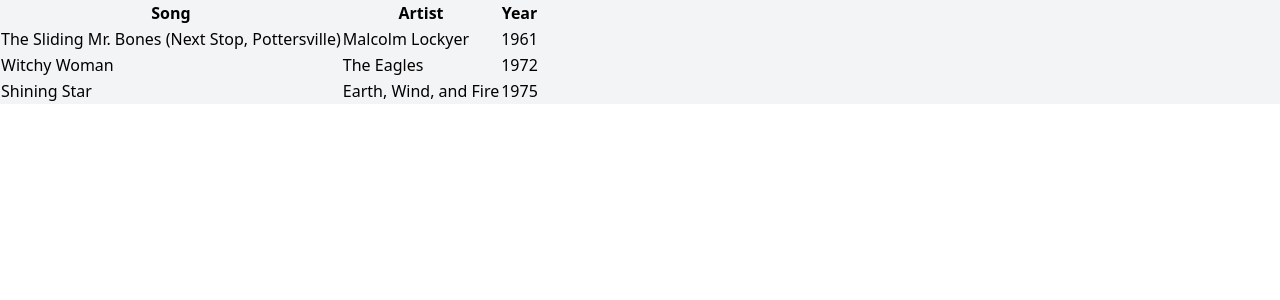
Repository: Semanmernstack/next-13-prisma-crud
Page: /
An editor plug-in stored every save of this project. The page is shown before and after the next save, followed by the edit.
The browser window is 1280 px wide. The pictures show the whole page.
The project was rebuilt for these pictures with package versions that can differ from the ones it lists, and the page was loaded fresh each time. The framework's server and built-in components were replaced by stand-ins that run in the browser. Also part of the build but not shown: next.config.js.

Above is the page before, as saved 2023-05-31 06:45:37.

After the next save:
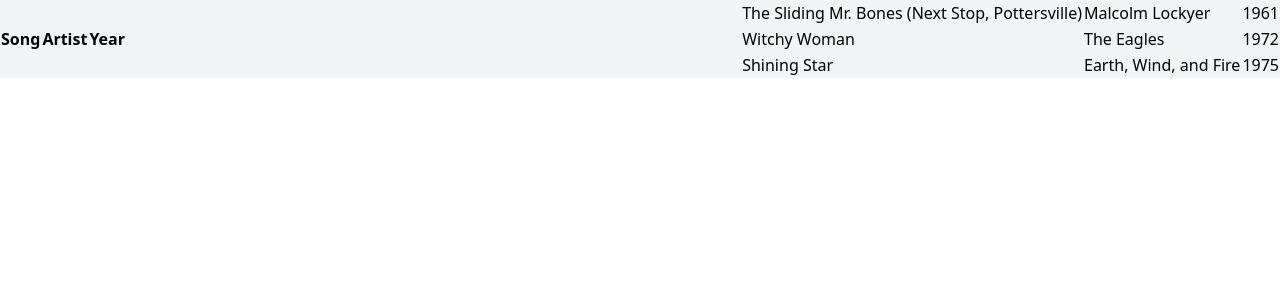
Saved 47 s later.
--- a/app/page.tsx
+++ b/app/page.tsx
@@ -6,7 +6,7 @@
     <main className="bg-gray-100">
       <Link href={'/product'}>
 
-      <table className="table-auto">
+      <table className="flex items-center justify-between">
         <thead>
           <tr>
             <th>Song</th>
